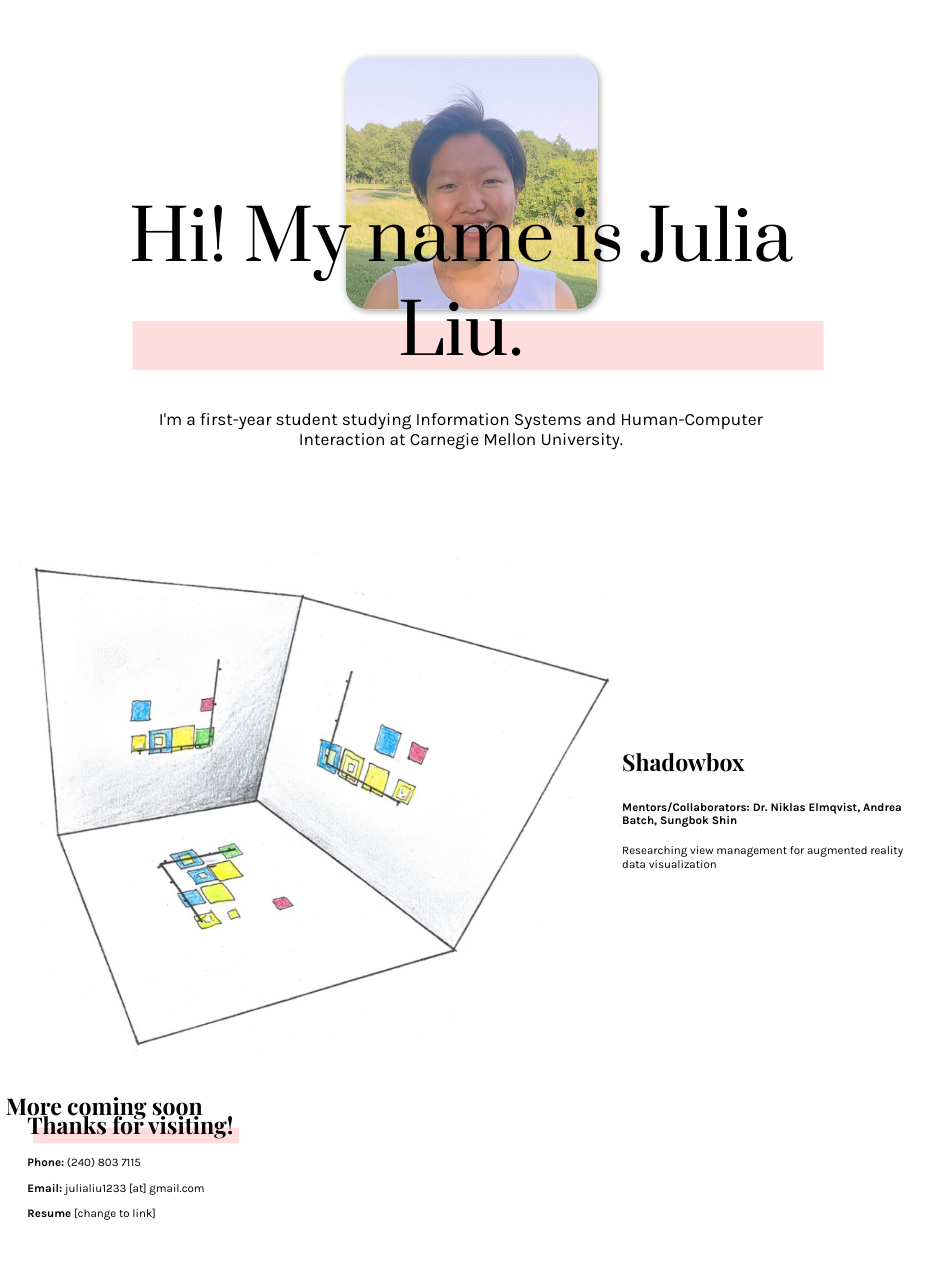
Repository: liu-julia/liu-julia.github.io
Page: index.html
An editor plug-in stored every save of this project. The page is shown before and after a run of saves, followed by the edit.
The browser window is 1280 px wide. The page is 1318 px wide, so the pictures cover 1318 px, including what lies to the right of the window. The pictures show the whole page, at 72% of full size.

Above is the page before, as saved 2022-04-27 10:36:43.

### index.html
<!DOCTYPE html>
<html lang="en">
<head>
    <meta charset="UTF-8">
    <meta http-equiv="X-UA-Compatible" content="IE=edge">
    <meta name="viewport" content="width=device-width, initial-scale=1.0">
    <link rel="preconnect" href="https://fonts.googleapis.com">
    <link rel="preconnect" href="https://fonts.gstatic.com" crossorigin>
    <link href="https://fonts.googleapis.com/css2?family=Karla:wght@300;400;700&family=Open+Sans:wght@300;400;700&family=Playfair+Display:wght@400;700&family=Prata&display=swap" rel="stylesheet">
    <link rel="stylesheet" href="css/styles.css">
    <link rel="icon" href="images/jllogo.png">
    <script src="js/scripts.js"></script>
    <title>Julia Liu</title>
</head>
<body>
    <header id="topbar">
        <img id="logo" src="images/jllogo.png" alt="JL logo">
        <div id="navbar">
            <a class="highlighted" href="index.html">Projects</a>
            <a class="hl_hover" href="about.html">About</a>
            <a class="hl_hover" href="contact.html">Contact</a>
        </div>
    </header>
    <div id="content">
        <div id="top">
            <img id="face" src="images/IMG_20210707_193435_832.jpg" alt="Julia Liu">
            <h1 class="highlighted">Hi! My name is Julia Liu.</h1>
            <p id="head_desc">I'm a first-year student studying Information Systems and Human-Computer Interaction at Carnegie Mellon University.</p>
        </div>
        <br>
        <div class="project">
            <img src="images/shadowbox.jpg" alt="Shadowbox">
            <div class="project-text">
                <h3>Shadowbox</h3>
                <h4>Mentors/Collaborators: Dr. Niklas Elmqvist, Andrea Batch, Sungbok Shin</h4>
                <p>Researching view management for augmented reality data visualization</p>
            </div>
        </div>
        <h3>More coming soon</h3>
        <div id="foot">
            <h3 class="highlighted">Thanks for visiting!</h3>
            <p><b>Phone:</b> (240) 803 7115</p>
            <p><b>Email:</b> julialiu1233 [at] gmail.com</p>
            <p><b>Resume</b> [change to link]</p>
        </div>
    </div>
</body>
</html>

### css/styles.css
:root {
    font-family: 'Karla', sans-serif;
}
html {
    height: 100%;
}
header {
    position: fixed;
    top: 0;
    left: 0;
    right: 0;
    width: 100%;
    height: 60px;
    background-color: white;
    z-index: 1;
    box-shadow: 0 0 10px #FFFFFF;
    transition: top .2s;
}
#logo {
    width: 25px;
    height: 35px;
    padding: 13px;
}
#navbar {
    float: right;
}
#navbar a {
    position: relative;
    top: 10px;
    margin-right: 25px;
    align-self: center;
    color: black;
}
body {
    height: 100%;
}
#content {
    height: 100%;
}
h1 {
    font-family: 'Prata', serif;
    font-weight: 400;
    font-size: 6em;
}
#top {
    height: 100%;
}
h1{
    position: absolute;
    bottom: 12rem;
    left: 1rem;
    right: 1rem;
    text-align: center;
    margin: auto;
    width: 75%;
}
h1.highlighted::before {
    content: "";
    position: absolute;
    width: 100%;
    background: #ffdddd;
    left: .25em;
    bottom: .15em;
    height: .7em;
    z-index: -1;
}
#navbar a.highlighted::before {
    content: "";
    position: absolute;
    width: 100%;
    background: #ffdddd;
    left: .25em;
    bottom: .05em;
    height: .7em;
    z-index: -1;
}
.hl_hover::before {
    content: "";
    position: absolute;
    width: 100%;
    background: #ffdddd;
    left: .25em;
    bottom: .05em;
    height: .7em;
    z-index: -1;
    transition: transform 0.5s;
    transform: scaleX(0);
    transform-origin: right;
}
.hl_hover:hover::before {
    transform: scaleX(1);
    transform-origin: left;
}
h2 {
    font-family: 'Playfair Display', serif;
    font-size: 3em;
}
h3 {
    font-family: 'Playfair Display', serif;
    font-size: 2em;

}
h3.highlighted::before {
    content: "";
    position: absolute;
    width: 100%;
    background: #ffdddd;
    left: .25em;
    bottom: .15em;
    height: .7em;
    z-index: -1;
}
a {
    font-family: 'Playfair Display', serif;
    font-size: 1.5em;
    font-weight: 700;
    text-decoration: none;
}
#head_desc {
    font-size: 1.5em;
    font-weight: 400;
    position: absolute;
    bottom: 6rem;
    width: 90%;
    left: 1rem;
    right: 1rem;
    text-align: center;
    margin: auto;
    width: 75%;
}
.project {
    display: flex;
    align-items: center;
}
#face {
    position: absolute;
    width: 350px;
    height: 350px;
    top: 5rem;
    left: 30rem;
    right: 30rem;
    border-radius: 2em;
    margin: auto;
    box-shadow: 2px 2px 10px #00000066;
}
#foot {
    padding-left: 30px;
    position: absolute;
    width: 100%;
    height: 25%;
}
h3.highlighted {
    position: absolute;
    bottom: 80%;
    padding-bottom: 10px;
}

### js/scripts.js
var prevScrollpos = window.pageYOffset;
window.onscroll = function() {
  var currentScrollPos = window.pageYOffset;
  if (prevScrollpos > currentScrollPos) {
    document.getElementById("topbar").style.top = "0";
  } else {
    document.getElementById("topbar").style.top = "-70px";
  }
  prevScrollpos = currentScrollPos;
}

After the next 4 saves:
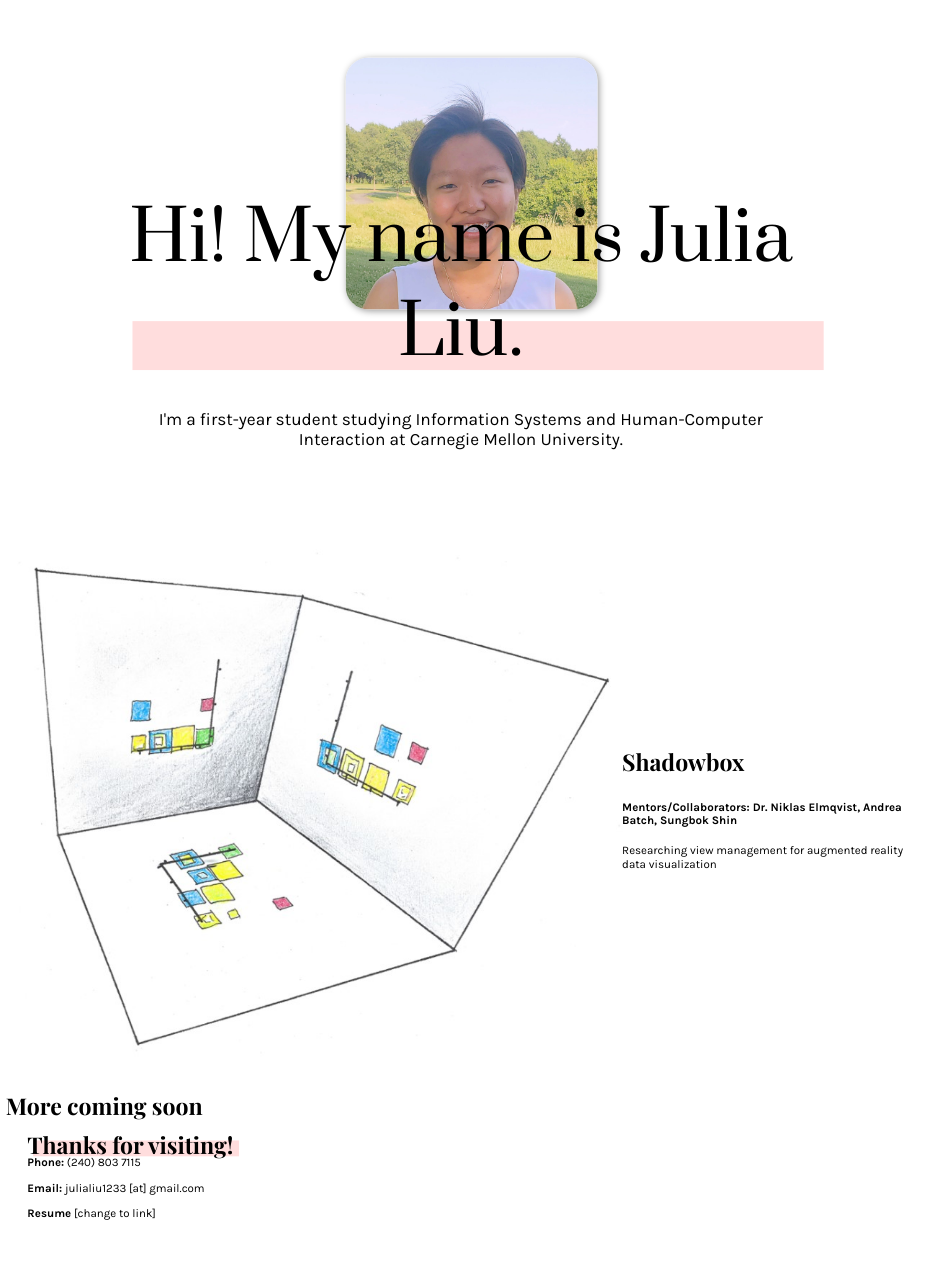
The 4 saves are shown as one change because they came seconds apart.
The last was saved 13 s later.
--- a/css/styles.css
+++ b/css/styles.css
@@ -151,6 +151,5 @@ a {
 }
 h3.highlighted {
     position: absolute;
-    bottom: 80%;
-    padding-bottom: 10px;
+    bottom: 70%;
 }
